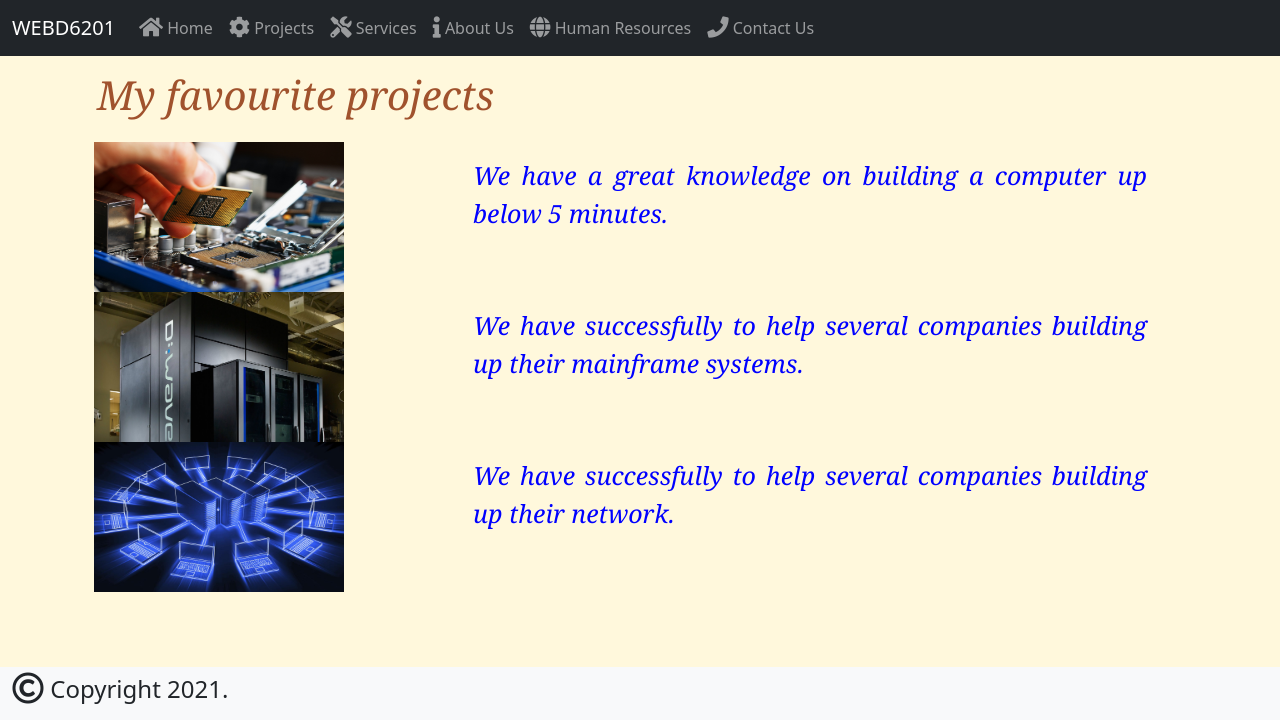
Repository: YiuWingLau/WEBD6201-W2021-Lab1
Page: projects.html
An editor plug-in stored every save of this project. The page is shown before and after the next save, followed by the edit.
The browser window is 1280 px wide. The pictures show the whole page.

Above is the page before, as saved 2021-02-04 21:45:33.

### projects.html
<!DOCTYPE html>
<html lang="en">
<head>
    <meta charset="UTF-8">
    <meta name="viewport" content="width=device-width, initial-scale=1.0">
    <title>Projects</title>

    <!--CSS Section -->
    <link rel="stylesheet" href="./node_modules/bootstrap/dist/css/bootstrap.min.css">
    <link rel="stylesheet" href="./node_modules/@fortawesome//fontawesome-free/css/all.min.css">
    <link rel="stylesheet" href="./Content/app.css">
</head>
<body>
    <!-- Main Header-->
    <header>
      <!-- Main Navigation-->
      <nav class="navbar navbar-expand-lg navbar-dark bg-dark">
          <div class="container-fluid">
            <a class="navbar-brand" href="index.html">WEBD6201</a>
            <button class="navbar-toggler" type="button" data-bs-toggle="collapse" data-bs-target="#navbarSupportedContent" aria-controls="navbarSupportedContent" aria-expanded="false" aria-label="Toggle navigation">
              <span class="navbar-toggler-icon"></span>
            </button>
            <div class="collapse navbar-collapse" id="navbarSupportedContent">
              <ul class="navbar-nav me-auto mb-2 mb-lg-0">

                <li id="navBarIndex" class="nav-item">
                  <a class="nav-link" aria-current="page" href="index.html"><i class="fas fa-home fa-lg"></i> Home</a>
                </li>

                <li id="navBarProjects" class="nav-item">
                  <a class="nav-link active" aria-current="page" href="products.html"><i class="fas fa-cog fa-lg"></i> Products</a>
                </li>

                <li id="navBarServices" class="nav-item">
                  <a class="nav-link" aria-current="page" href="services.html"><i class="fas fa-tools fa-lg"></i> Services</a>
                </li>

                <li id="navBarAboutUs" class="nav-item">
                  <a class="nav-link" aria-current="page" href="about.html"><i class="fas fa-info fa-lg"></i> About Us</a>
                </li>

                <li id="navBarContactUs" class="nav-item">
                  <a class="nav-link" aria-current="page" href="contact.html"><i class="fas fa-phone fa-lg"></i> Contact Us</a>
                </li>

              </ul>
            </div>
          </div>
      </nav>
    </header>
    <!-- Main Content -->
    <main class="container">
    </main>

    <!-- Main Footer -->
    <footer>
        <nav class="navbar fixed-bottom navbar-light bg-light">
            <div class="container-fluid">
              <h4><i class="far fa-copyright fa-lg"></i> Copyright 2021.</a></h4>
            </div>
        </nav>
    </footer>
    <!-- JavaScript Section -->
    <script src="./node_modules/jquery/dist/jquery.min.js"></script>
    <script src="./node_modules/bootstrap/dist/js/bootstrap.bundle.min.js"></script>
    <script src="./Scripts/app.js"></script>
</body>
</html>

### Content/app.css
h1 {
    padding: 15px;
    color: sienna;
    font-family: Cambria, Cochin, Georgia, Times, 'Times New Roman', serif;
    font-style: italic;
}

p {
    padding: 15px;
    color: blue;
    font-family:Cambria, Cochin, Georgia, Times, 'Times New Roman', serif;
    font-style: italic;
    font-size: 25px;
    text-align: justify;
}

body {
    background-color: cornsilk;
}

#homePicture {
    width: 1000px;
    height: 600px;
}

#favImage {

    width: 250px;
    height: 150px;
}

### Scripts/app.js
/* custom JavaScript goes here */

//IIFE - Immediately Invoked Function Expression
//AKA - Anonymous Self-Executing Function
//Closure - limits scope leak

"use strict";

(function()
{
    function displayHome()
    {
      // create heading element
      let homeHeading = document.createElement("h1");
      // configure the element
      homeHeading.setAttribute("id", "homeHeading");
      homeHeading.textContent = "Welcome to WEBD6201";
      // select the parent element
      let mainContent = document.getElementsByTagName("main")[0];
      // Add / Insert the element
      mainContent.appendChild(homeHeading);

      // inject the background image to the home pageinject the background image to the home page
        let myhomebackground = document.createElement("img");
        myhomebackground.setAttribute("id", "homePicture");
        myhomebackground.setAttribute("src", "./images/homepagebackground.jpg");
        myhomebackground.setAttribute("alt", "Computer Programmer");
        mainContent.appendChild(myhomebackground);

        // inject the first paragraph to the home page
        let newParagraph = document.createElement("p");
        newParagraph.setAttribute("id", "paragraphTwo");
        newParagraph.textContent = "We provide the best programming service for you...";
        mainContent.appendChild(newParagraph);
    }

    function displayAbout()
    {
        //create new element Human Resources
        let myPicture = document.createElement("img");
        myPicture.setAttribute("id", "myImage");
        myPicture.setAttribute("src", "./images/img_me.jpg");
        myPicture.setAttribute("alt", "Nelson Lau");
        myPicture.setAttribute("width", "192");
        myPicture.setAttribute("height", "108");

        // Step 1. document.createElement
        let ParagraphOne = document.createElement("p");
        // Step 2. configure the element
        ParagraphOne.setAttribute("id", "myIntroduction");
        ParagraphOne.textContent = "Here are my favourite projects.";
        // Step 3. select the parent element
        let mainContent = document.getElementsByTagName("main")[0];
        mainContent.appendChild(myPicture);
        // Step 4. Add / Insert the element
        mainContent.appendChild(ParagraphOne);
        ParagraphOne.className = "fs-lg";

    }

    function displayProjects()
    {
      // create and add heading to Projects page
      let projectHeading = document.createElement("h1");
      projectHeading.setAttribute("id", "projectHeading");
      projectHeading.textContent = " My favourite projects";
      let mainContent = document.getElementsByTagName("main")[0];
      mainContent.appendChild(projectHeading);


      // create favorite projects element div tag
      let project = document.createElement("div");
      project.setAttribute("class", "container");
      project.setAttribute("id", "project");
      mainContent.appendChild(project);

      // create & insert 1st favorite project detail
      let projectOne = document.createElement("div");
      projectOne.setAttribute("class", "row");
      projectOne.setAttribute("id", "projectOne");
      projectOne.innerHTML = `<div class="row"><div class="col-4"><img id="favImage" src="./images/hardware.jpg" alt="computer hardware"></div>
                              <div class="col-8"><p> We have a great knowledge on building a computer up below 5 minutes.</p></div></div><div></div>`;
      project.appendChild(projectOne);

      // create & insert 2nd favorite project detail
      let projectTwo = document.createElement("div");
      projectTwo.setAttribute("class", "row");
      projectTwo.setAttribute("id", "projectTwo");
      projectTwo.innerHTML = `<div class="row"><div class="col-4"><img id="favImage" src="./images/mainframe.jpg" alt="mainframe development"></div>
                              <div class="col-8"><p> We have successfully to help several companies building up their mainframe systems.</p></div></div><div></div>`;
      project.appendChild(projectTwo);

      // create & insert 2nd favorite project detail
      let projectThree = document.createElement("div");
      projectThree.setAttribute("class", "row");
      projectThree.setAttribute("id", "projectThree");
      projectThree.innerHTML = `<div class="row"><div class="col-4"><img id="favImage" src="./images/networking.jpg" alt="computer networking"></div>
                                <div class="col-8"><p> We have successfully to help several companies building up their network.</p></div></div><div></div>`;
      project.appendChild(projectThree);
    }

    function displayHumanResources()
    {

    }

    function displayServices()
    {

        // another way of injecting content
        let paragraphDiv = document.createElement("div");
        let paragraphThree = `<p id="paragraphThree" class="fs-7 fw-bold">And this is the Third Paragraph</p>`;
        paragraphDiv.innerHTML = paragraphThree;

        // insertions

        // example of inserting before a node
        // newParagraph.before(paragraphDiv);

        // example of inserting after a node
        newParagraph.after(paragraphDiv);

        // deletions

        // example of removing a single element
        //paragraphOneElement.remove();

        // example of removeChild
       // mainContent.removeChild(paragraphOneElement);
        // update / modification
        //mainContent.firstElementChild.textContent = "Welcome Home!";
    }

    function displayContact()
    {
        let messageArea = document.getElementById("messageArea");
        messageArea.hidden = true;

        // form validation
        let fullName = document.getElementById("fullName");
        fullName.addEventListener("blur", function() {
            if(fullName.value.length < 2)
            {
                fullName.focus();
                fullName.select();
                messageArea.hidden = false;
                messageArea.className = "alert alert-danger";
                messageArea.textContent = "Please enter an appropriate Name";
            }
            else
            {
                messageArea.removeAttribute("class");
                messageArea.hidden = true;
            }
        });

        let sendButton = document.getElementById("sendButton");
        sendButton.addEventListener("click", function(event){
            //event.preventDefault();

            let contact = new Contact(fullName.value, contactNumber.value, emailAddress.value);

            if(contact.serialize())
            {
              localStorage.setItem((localStorage.length + 1).toString(), contact.serialize());
            }

        });
    }

    function displayContactList()
    {
      if (localStorage.length > 0)
      {
        let contactList = document.getElementById("contactList");

        let data = "";

        for (let index = 0; index < localStorage.length; index++)
        {
          let contactData = localStorage.getItem((index + 1).toString());

          let contact = new Contact();
          contact.deserialize(contactData);

          data += `<tr>
          <th scope="row">${index + 1}</th>
          <td>${contact.FullName}</td>
          <td>${contact.ContactNumber}</td>
          <td>${contact.EmailAddress}</td>
        </tr>`;
        }

        contactList.innerHTML = data;
      }
    }

    // function to correct the wrong link and text content in navigation bar
    function changeNavBarName()
    {
        let navName = document.getElementById("navBarProjects");
        navName.innerHTML = `<a class='nav-link' aria-current='page' href='projects.html'><i class="fas fa-cog fa-lg"></i> Projects</a>`;
    }

    // function to add Human Resource element to Nav Bar between About Us and Contact Us
    function addNewNavBarElement()
    {
        //create new element Human Resources
        let newListElement = document.createElement("li");
        newListElement.setAttribute("id", "navBarHumanResources");
        newListElement.setAttribute("class", "nav-item");
        newListElement.innerHTML = `<a class='nav-link' aria-current='page' href='Human-Resources.html'><i class="fas fa-globe fa-lg"></i> Human Resources</a>`;
        // append new element after About Us
        let aboutUsListElement = document.getElementById("navBarAboutUs");
        aboutUsListElement.after(newListElement);
    }

    function Start()
    {
        console.log("App Started...");

        changeNavBarName();

        addNewNavBarElement();

        switch (document.title)
        {
          case "Home":
              displayHome();
            break;
          case "About":
              displayAbout();
            break;
          case "Projects":
              displayProjects();
            break;
          case "Human Resources":
              displayHumanResources();
            break;
          case "Services":
              displayServices();
            break;
          case "Contact":
              displayContact();
            break;
          case "Contact-List":
            displayContactList();
          break;
        }

    }

    window.addEventListener("load", Start);

})();

Loaded but not shown: node_modules/bootstrap/dist/css/bootstrap.min.css (library); node_modules/@fortawesome/fontawesome-free/css/all.min.css (library); node_modules/jquery/dist/jquery.min.js (library); node_modules/bootstrap/dist/js/bootstrap.bundle.min.js (library)

After the next save:
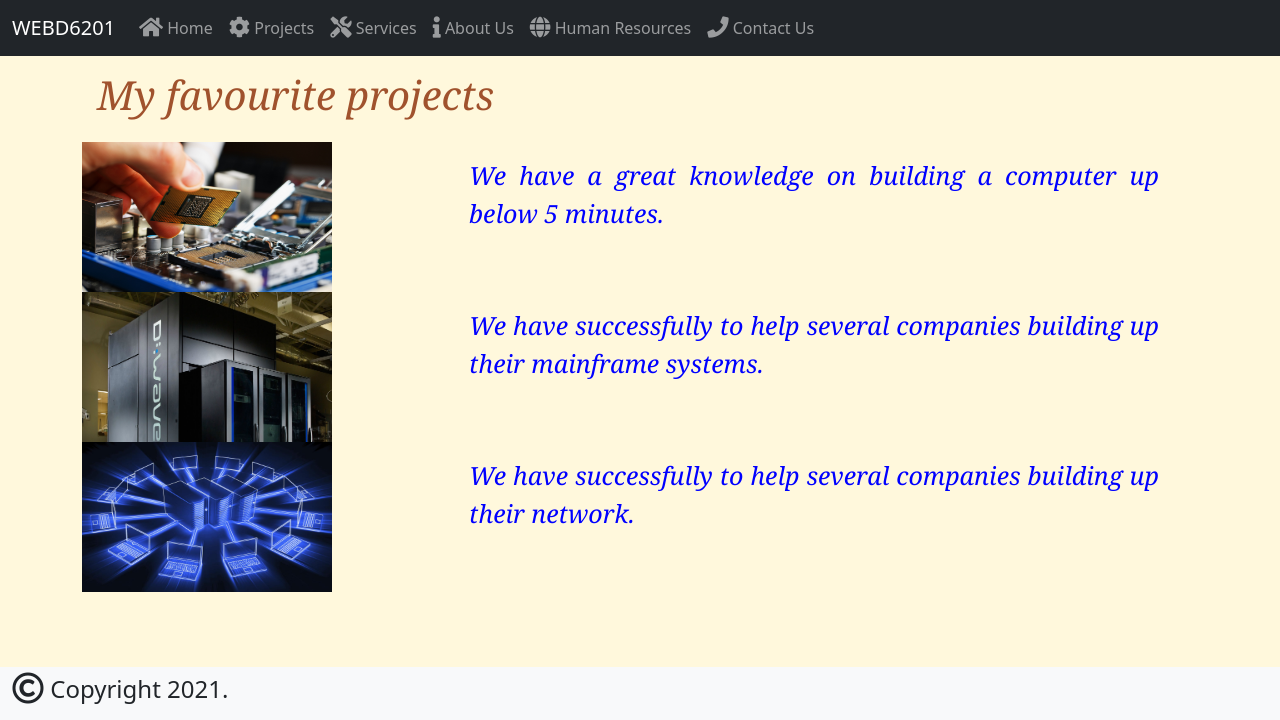
Saved 18 s later.
--- a/Scripts/app.js
+++ b/Scripts/app.js
@@ -69,7 +69,7 @@
 
 
       // create favorite projects element div tag
-      let project = document.createElement("div");
+      let project = document.createElement("table");
       project.setAttribute("class", "container");
       project.setAttribute("id", "project");
       mainContent.appendChild(project);
